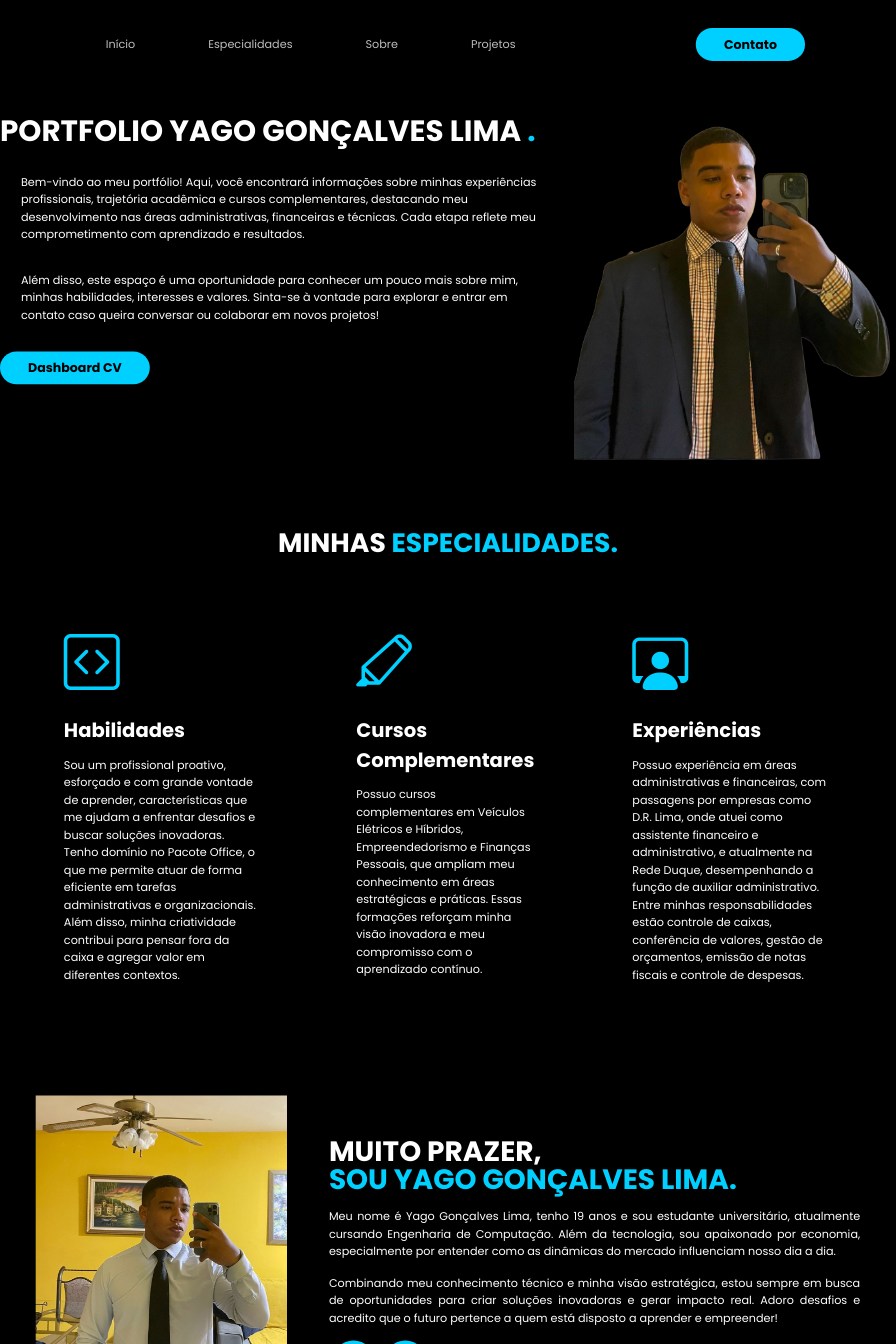
Repository: yagolima1511/Portfolio
Page: index.html
The author's editor kept a copy of each file at every save. The page is drawn from the files as they stood at one save, then again after the next save.
The browser window is 1280 px wide. The pictures show the part of the page from y = 0 to 1920 px (the page is 3476 px tall before and 3574 px after), at 70% of full size.

Above is the page before, as saved 2025-02-22 14:08:48.

After the next save:
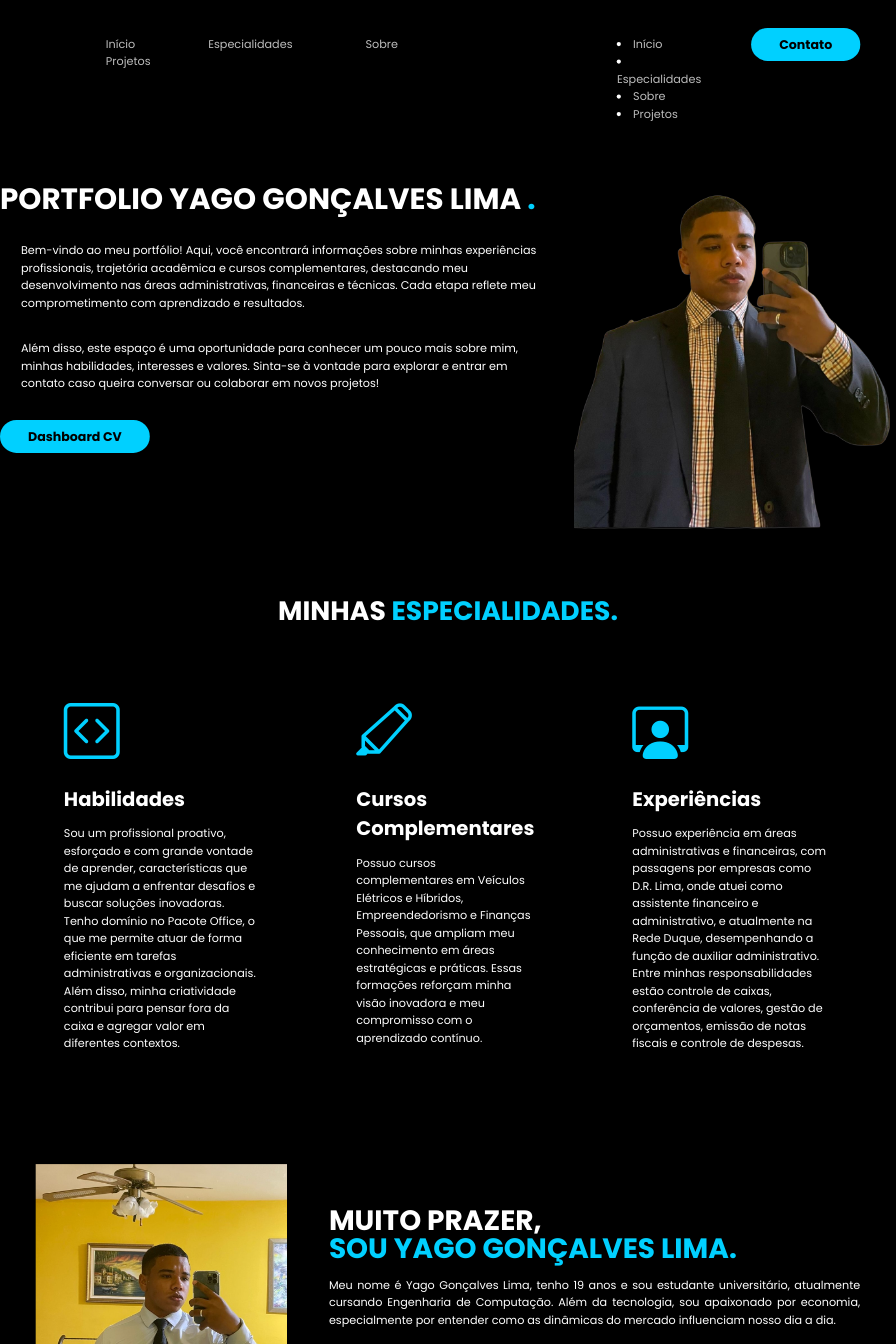
Saved 21 s later.
--- a/index.html
+++ b/index.html
@@ -26,7 +26,12 @@
                 </nav>
              </nav>
              <div class="mobile-menu-icon">
-
+                <ul>
+                    <li><a href="#início">Início</a></li>
+                    <li><a href="#especialidades">Especialidades</a></li>
+                    <li><a href="#sobre">Sobre</a></li>
+                    <li><a href="#projetos">Projetos</a></li>
+                </ul>
              </div>
              <div class="btn-contato">
                 <a href="https://api.whatsapp.com/send?phone=5511951423405">

After the save that followed:
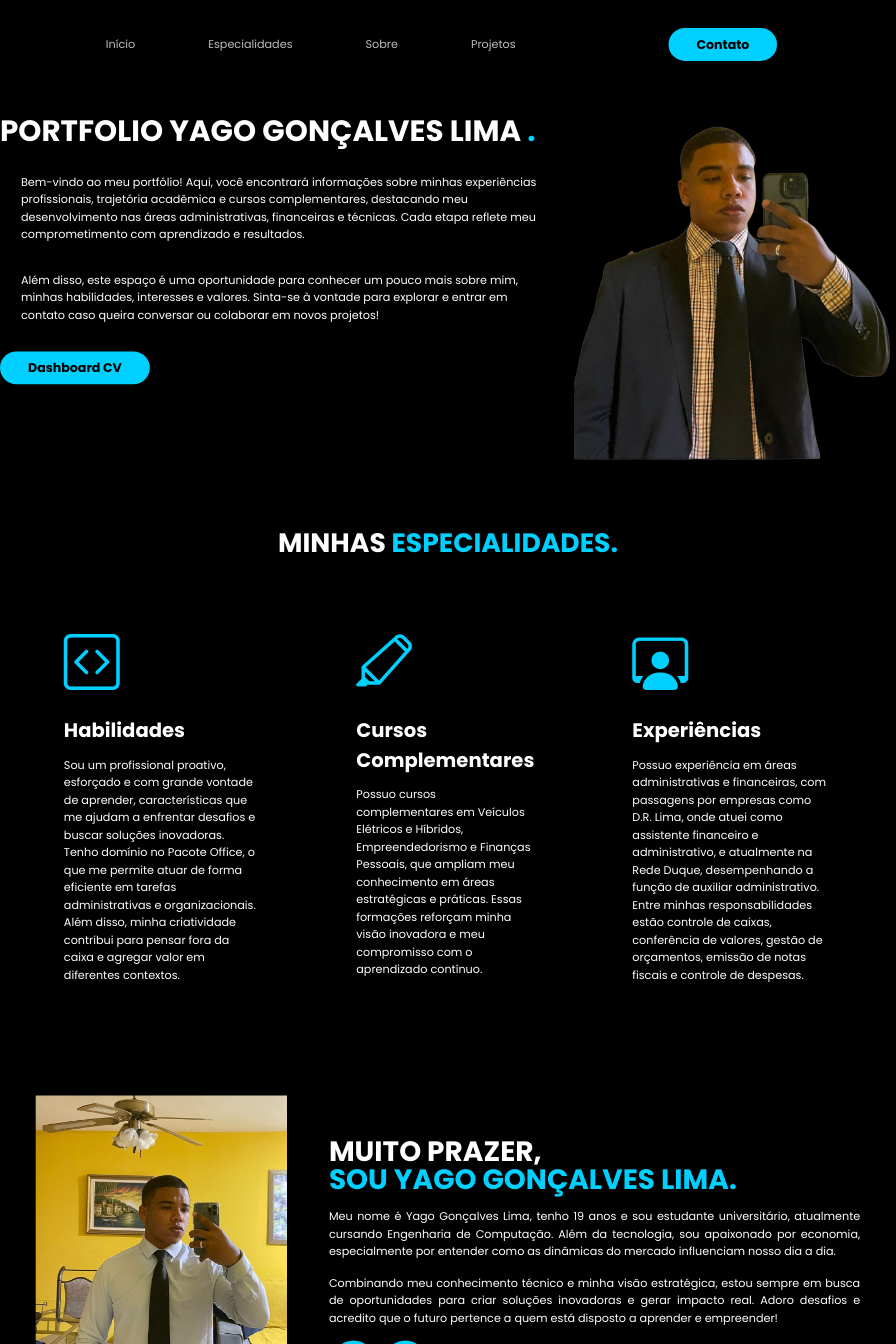
Saved 119 s later.
--- a/index.html
+++ b/index.html
@@ -25,14 +25,7 @@
                     </ul>
                 </nav>
              </nav>
-             <div class="mobile-menu-icon">
-                <ul>
-                    <li><a href="#início">Início</a></li>
-                    <li><a href="#especialidades">Especialidades</a></li>
-                    <li><a href="#sobre">Sobre</a></li>
-                    <li><a href="#projetos">Projetos</a></li>
-                </ul>
-             </div>
+
              <div class="btn-contato">
                 <a href="https://api.whatsapp.com/send?phone=5511951423405">
                     <button>Contato</button>
